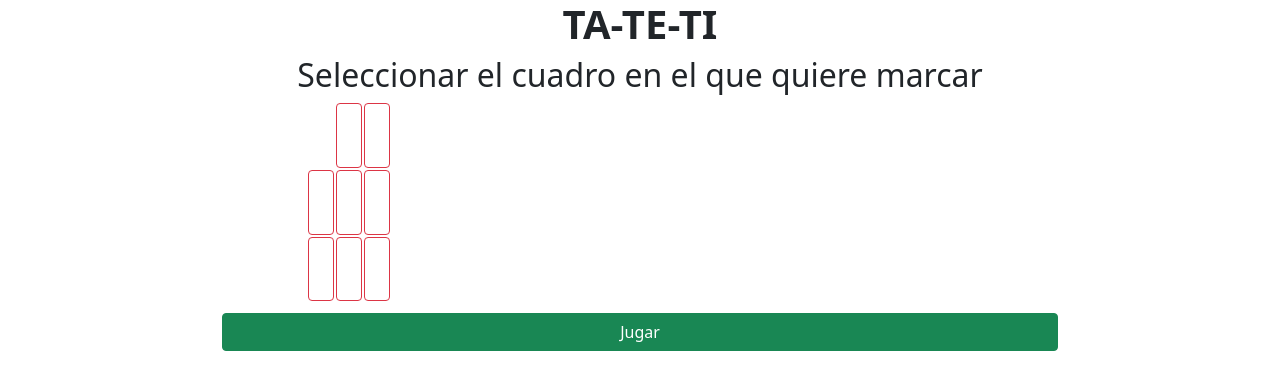
Repository: Lean97-start/TATETI
Page: Tateti.html
An editor plug-in stored every save of this project. The page is shown before and after the next save, followed by the edit.
The browser window is 1280 px wide. The pictures show the whole page.

Above is the page before, as saved 2021-07-11 23:01:40.
Console error: SyntaxError: Unexpected token ')'

### Tateti.html
<!DOCTYPE html>
<html lang="en">
<head>
    <meta charset="UTF-8">
    <link rel="stylesheet" type="text/css" href="Tateti.css">
    <link rel="stylesheet" href="Tateti.js">
    <link rel="stylesheet" type="text/css" href="https://necolas.github.io/normalize.css/8.0.1/normalize.css">
    <title>TATETI</title>
    <link href="https://cdn.jsdelivr.net/npm/bootstrap@5.0.2/dist/css/bootstrap.min.css" rel="stylesheet" integrity="sha384-EVSTQN3/azprG1Anm3QDgpJLIm9Nao0Yz1ztcQTwFspd3yD65VohhpuuCOmLASjC" crossorigin="anonymous">
</head>
<body>
    <div class="container">
        <H1 class="fw-bold">TA-TE-TI</H1>
        <H2 class="fw-normal">Seleccionar el cuadro en el que quiere marcar</H2>

            <div class="row w-50 h-50 bg-white">
                <table class="cuadro" id="cuadro">
                    <tr>
                        <td><button class="btn btn-link w-100 h-100" id="11"></button></td>
                        <td><button class="btn btn-outline-danger w-100 h-100" id="21"></button></td>
                        <td><button class="btn btn-outline-danger w-100 h-100" id="31"></button></td>
                    </tr>
                    <tr>
                        <td><button class="btn btn-outline-danger w-100 h-100" id="12"></button></td>
                        <td><button class="btn btn-outline-danger w-100 h-100" id="22"></button></td>
                        <td><button class="btn btn-outline-danger w-100 h-100" id="32"></button></td>
                    </tr>
                    <tr>
                        <td><button class="btn btn-outline-danger w-100 h-100" id="13"></button></td>
                        <td><button class="btn btn-outline-danger w-100 h-100" id="23"></button></td>
                        <td><button class="btn btn-outline-danger w-100 h-100" id="33"></button></td>
                    </tr>
                </table>
            </div>
            <div class="row">
                <div class="btn ">
                    <button type="button" class="btn btn-success my-1 w-75" id="btn-jugar">Jugar</button>
                </div>
            </div>

        </div>
    <script src="Tateti.js"></script>
    <script src="https://cdn.jsdelivr.net/npm/bootstrap@5.0.2/dist/js/bootstrap.bundle.min.js" integrity="sha384-MrcW6ZMFYlzcLA8Nl+NtUVF0sA7MsXsP1UyJoMp4YLEuNSfAP+JcXn/tWtIaxVXM" crossorigin="anonymous"></script>
</body>
</html>

### Tateti.css
h1{
    font-size: 55px;
    text-align: center;
}
h2{
    font-size: 30px;
    text-align: center;
}
#cuadro{
    /* border: 5px teal solid;
    background: grey; */
    position: relative;
    height: 200px;
    width: 20px;
    margin: auto;
}
.entradas{
    text-align: center;
    font-family: Arial, Helvetica, sans-serif;
    font-size: 60px;
    height: 80px;
    width: 80px;
    box-sizing: border-box;

}

### Tateti.js
let var1, var2, var3,var4, var5,var6 = undefined
function mostrar(){
    let prueba = document.getElementById('v1');
    alert(prueba);
}
function jugarTurno (){
    if(){

    }
    else if (var1 != undefined || var2 != undefined || var3 != undefined ||var4 != undefined ||var5 != undefined || var6 != undefined ){

    }


}

After the next save:
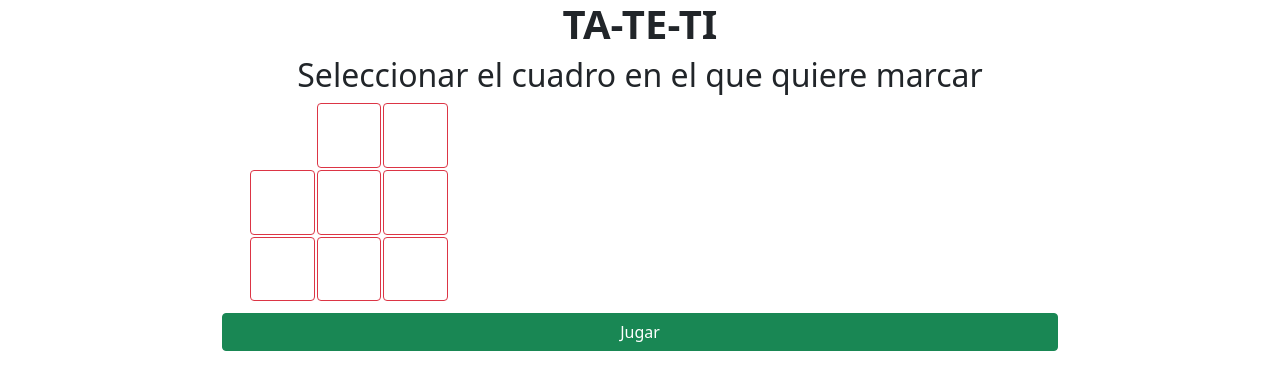
Saved 49 s later.
--- a/Tateti.css
+++ b/Tateti.css
@@ -11,7 +11,7 @@ h2{
     background: grey; */
     position: relative;
     height: 200px;
-    width: 20px;
+    width: 200px;
     margin: auto;
 }
 .entradas{
